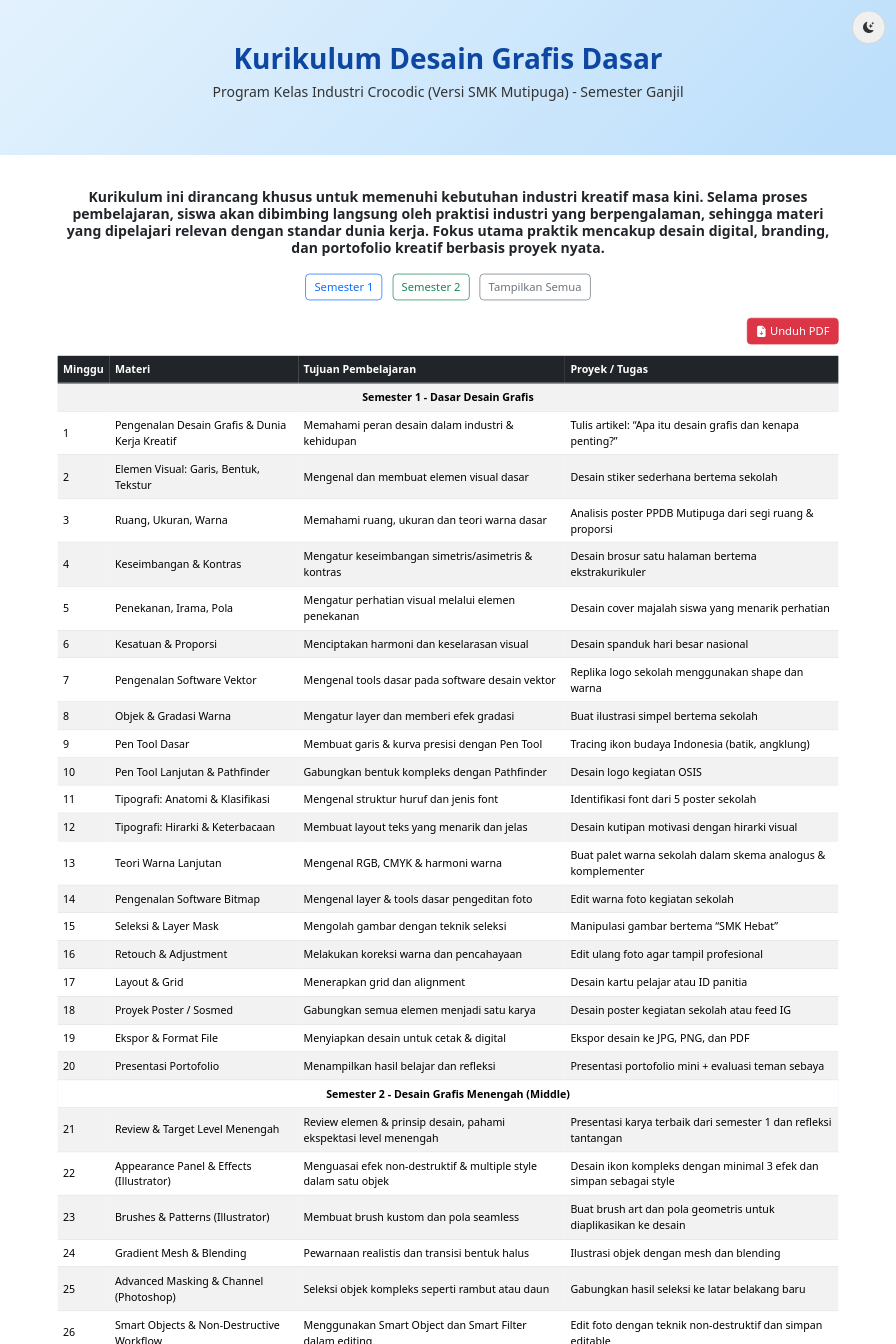
Repository: ppdbsmkmutipuga/kurikulumdesain
Page: index.html
The author's editor kept a copy of each file at every save. The page is drawn from the files as they stood at one save, then again after the next save.
The browser window is 1280 px wide. The pictures show the part of the page from y = 0 to 1920 px (the page is 2901 px tall), at 70% of full size.

Above is the page before, as saved 2025-07-01 05:14:58.

### index.html
<!DOCTYPE html>
<html lang="id">

<head>
    <meta charset="UTF-8" />
    <meta name="viewport" content="width=device-width, initial-scale=1.0" />
    <title>Kurikulum Desain Grafis - SMK Mutipuga</title>
    <link href="https://cdn.jsdelivr.net/npm/bootstrap@5.3.3/dist/css/bootstrap.min.css" rel="stylesheet" />
    <link href="https://cdnjs.cloudflare.com/ajax/libs/aos/2.3.4/aos.css" rel="stylesheet" />
    <link href="https://cdn.jsdelivr.net/npm/bootstrap-icons@1.10.5/font/bootstrap-icons.css" rel="stylesheet">
    <link rel="stylesheet" href="style.css">
    <script src="https://cdnjs.cloudflare.com/ajax/libs/html2pdf.js/0.10.1/html2pdf.bundle.min.js"></script>

</head>

<body>
    <button class="btn btn-outline-dark mode-toggle" onclick="toggleMode()">
        <i class="bi bi-moon-stars-fill"></i>
    </button>

    <!-- Hero Section -->
    <section class="hero" data-aos="fade-down">
        <div class="container">
            <h1>Kurikulum Desain Grafis Dasar</h1>
            <p class="lead">Program Kelas Industri Crocodic (Versi SMK Mutipuga) - Semester Ganjil</p>
        </div>
    </section>

    <!-- Table Section -->
    <section class="container my-5" data-aos="fade-up">
        <h5 class="section-title text-center fw-bold mb-3">
            Kurikulum ini dirancang khusus untuk memenuhi kebutuhan industri kreatif masa kini.
            Selama proses pembelajaran, siswa akan dibimbing langsung oleh praktisi industri yang berpengalaman,
            sehingga materi yang dipelajari relevan dengan standar dunia kerja.
            Fokus utama praktik mencakup desain digital, branding, dan portofolio kreatif berbasis proyek nyata.
        </h5>

        <div class="filter-buttons">
            <button class="btn btn-outline-primary" onclick="filterSemester(1)">Semester 1</button>
            <button class="btn btn-outline-success" onclick="filterSemester(2)">Semester 2</button>
            <button class="btn btn-outline-secondary" onclick="filterSemester(0)">Tampilkan Semua</button>
        </div>
        <div class="text-end my-3">
            <button class="btn btn-danger" onclick="downloadPDF()">
                <i class="bi bi-file-earmark-arrow-down-fill"></i> Unduh PDF
            </button>
        </div>

        <div id="pdf-content">
            <div class="table-container">
                <div class="table-responsive">
                    <table class="table table-striped table-hover align-middle mb-0" id="kurikulumTable">
                        <thead class="table-dark">
                            <tr>
                                <th scope="col">Minggu</th>
                                <th scope="col">Materi</th>
                                <th scope="col">Tujuan Pembelajaran</th>
                                <th scope="col">Proyek / Tugas</th>
                            </tr>
                        </thead>
                        <tbody>

                            <!-- Data rows akan di-load lewat JS -->
                        </tbody>
                    </table>
                </div>
            </div>
    </section>

    <!-- Footer -->
    <footer>
        &copy; 2025 SMK Muhammadiyah 3 Pucang Gading | Program Kelas Industri Crocodic
    </footer>

    <!-- Scripts -->
    <script src="https://cdn.jsdelivr.net/npm/bootstrap@5.3.3/dist/js/bootstrap.bundle.min.js"></script>
    <script src="https://cdnjs.cloudflare.com/ajax/libs/aos/2.3.4/aos.js"></script>
    <script src="script.js"></script>
</body>

</html>

### style.css
/* =========================
   HERO SECTION
========================= */
.hero {
  padding: 60px 0;
  background: linear-gradient(135deg, #e3f2fd, #bbdefb);
  text-align: center;
}

.hero h1 {
  font-weight: 700;
  font-size: 2.5rem;
  color: #0d47a1;
}

.hero p {
  font-size: 1.25rem;
  color: #333;
}

body.bg-dark .hero {
  background: linear-gradient(135deg, #1e1e1e, #2c2c2c);
}

body.bg-dark .hero h1 {
  color: #90caf9;
}

body.bg-dark .hero p {
  color: #cccccc;
}

/* =========================
   FILTER BUTTONS
========================= */
.filter-buttons {
  text-align: center;
  margin: 20px 0;
}

.filter-buttons .btn {
  margin: 5px;
}

body.bg-dark .btn-outline-primary {
  color: #90caf9;
  border-color: #90caf9;
}

body.bg-dark .btn-outline-success {
  color: #81c784;
  border-color: #81c784;
}

body.bg-dark .btn-outline-secondary {
  color: #b0bec5;
  border-color: #b0bec5;
}

/* =========================
   TABLE SECTION
========================= */
.table-container {
  overflow-x: auto;
}

.table th,
.table td {
  vertical-align: middle !important;
  font-size: 0.95rem;
}

/* Baris header semester (custom row) */
.table .table-header-row {
  background-color: #cce5ff;
  font-weight: 600;
  text-align: center;
}

body.bg-dark .table .table-header-row {
  background-color: #2c3e50;
  color: #ffffff !important;
}

/* DARK MODE TABLE FIX */
body.bg-dark .table,
body.bg-dark .table td,
body.bg-dark .table th {
  color: #f1f1f1 !important;
  background-color: transparent !important;
  opacity: 1 !important;
}

body.bg-dark .table-striped tbody tr:nth-of-type(odd) {
  background-color: #2c2c2c !important;
}

body.bg-dark .table-striped tbody tr:nth-of-type(even) {
  background-color: #1a1a1a !important;
}

body.bg-dark .table-hover tbody tr:hover {
  background-color: #3a3a3a !important;
}

body.bg-dark .table thead th {
  background-color: #111 !important;
  color: #fff !important;
  border-color: #444 !important;
}

body.bg-dark .table-primary {
  background-color: #455a64 !important;
  color: #fff !important;
}

/* =========================
   FOOTER
========================= */
footer {
  padding: 20px;
  text-align: center;
  background-color: #f1f1f1;
  margin-top: 50px;
  font-size: 0.9rem;
  color: #333;
}

body.bg-dark footer {
  background-color: #1e1e1e;
  color: #e0e0e0;
}

/* =========================
   MODE TOGGLE BUTTON
========================= */
.mode-toggle {
  position: fixed;
  top: 15px;
  right: 15px;
  z-index: 1000;
  border-radius: 50%;
  width: 48px;
  height: 48px;
  display: flex;
  align-items: center;
  justify-content: center;
  background-color: #f0f0f0;
  color: #333;
  border: 1px solid #ccc;
}

/* Header tabel semester */
.table-header-row {
  background-color: #cce5ff;
  /* mode terang */
  color: #0d47a1;
}

/* Ubah header semester agar lebih gelap dan teks lebih jelas di dark mode */
body.bg-dark .table-header-row {
  background-color: #37474f;
  /* warna gelap yang elegan */
  color: #ffffff;
}

body.bg-dark .mode-toggle {
  background-color: #333;
  color: #fff;
  border: 1px solid #666;
}

/* Footer default */
footer {
  padding: 20px;
  text-align: center;
  background-color: #f1f1f1;
  margin-top: 50px;
  font-size: 0.9rem;
  color: #333;
}

/* Footer saat dark mode */
body.bg-dark footer {
  background-color: #1e1e1e;
  color: #ccc;
}


/* =========================
   RESPONSIVE
========================= */
@media (max-width: 768px) {
  .hero h1 {
    font-size: 1.8rem;
  }

  .hero p {
    font-size: 1rem;
  }

  .table th,
  .table td {
    font-size: 0.85rem;
  }
}

@media (max-width: 576px) {
  .mode-toggle {
    width: 40px;
    height: 40px;
  }

  .hero {
    padding: 40px 0;
  }
}

@media print {
  body {
    background: #fff !important;
    color: #000 !important;
  }

  .mode-toggle,
  .filter-buttons,
  footer {
    display: none !important;
  }

  .table th,
  .table td {
    font-size: 0.75rem;
  }
}

@media print {

  html,
  body {
    width: 210mm;
    height: 297mm;
    margin: 0;
    padding: 0;
    overflow: hidden;
    zoom: 0.75;
    /* Sesuaikan skala agar muat ke PDF */
  }

  .table-container {
    overflow: visible !important;
  }

  .table-responsive {
    overflow: visible !important;
  }

  table {
    table-layout: fixed;
    width: 100% !important;
    word-wrap: break-word;
  }

  .table td,
  .table th {
    font-size: 10pt !important;
    padding: 6px 8px;
    white-space: normal !important;
  }

  .filter-buttons,
  .mode-toggle,
  footer {
    display: none !important;
  }
}

### script.js
// Inisialisasi animasi AOS
AOS.init();

// Data lengkap Week 1–40
const tableData = [
    { week: 'Semester 1 - Dasar Desain Grafis', isHeader: true, semester: 1 },
    { week: 1, materi: 'Pengenalan Desain Grafis & Dunia Kerja Kreatif', tujuan: 'Memahami peran desain dalam industri & kehidupan', tugas: 'Tulis artikel: “Apa itu desain grafis dan kenapa penting?”', semester: 1 },
    { week: 2, materi: 'Elemen Visual: Garis, Bentuk, Tekstur', tujuan: 'Mengenal dan membuat elemen visual dasar', tugas: 'Desain stiker sederhana bertema sekolah', semester: 1 },
    { week: 3, materi: 'Ruang, Ukuran, Warna', tujuan: 'Memahami ruang, ukuran dan teori warna dasar', tugas: 'Analisis poster PPDB Mutipuga dari segi ruang & proporsi', semester: 1 },
    { week: 4, materi: 'Keseimbangan & Kontras', tujuan: 'Mengatur keseimbangan simetris/asimetris & kontras', tugas: 'Desain brosur satu halaman bertema ekstrakurikuler', semester: 1 },
    { week: 5, materi: 'Penekanan, Irama, Pola', tujuan: 'Mengatur perhatian visual melalui elemen penekanan', tugas: 'Desain cover majalah siswa yang menarik perhatian', semester: 1 },
    { week: 6, materi: 'Kesatuan & Proporsi', tujuan: 'Menciptakan harmoni dan keselarasan visual', tugas: 'Desain spanduk hari besar nasional', semester: 1 },
    { week: 7, materi: 'Pengenalan Software Vektor', tujuan: 'Mengenal tools dasar pada software desain vektor', tugas: 'Replika logo sekolah menggunakan shape dan warna', semester: 1 },
    { week: 8, materi: 'Objek & Gradasi Warna', tujuan: 'Mengatur layer dan memberi efek gradasi', tugas: 'Buat ilustrasi simpel bertema sekolah', semester: 1 },
    { week: 9, materi: 'Pen Tool Dasar', tujuan: 'Membuat garis & kurva presisi dengan Pen Tool', tugas: 'Tracing ikon budaya Indonesia (batik, angklung)', semester: 1 },
    { week: 10, materi: 'Pen Tool Lanjutan & Pathfinder', tujuan: 'Gabungkan bentuk kompleks dengan Pathfinder', tugas: 'Desain logo kegiatan OSIS', semester: 1 },
    { week: 11, materi: 'Tipografi: Anatomi & Klasifikasi', tujuan: 'Mengenal struktur huruf dan jenis font', tugas: 'Identifikasi font dari 5 poster sekolah', semester: 1 },
    { week: 12, materi: 'Tipografi: Hirarki & Keterbacaan', tujuan: 'Membuat layout teks yang menarik dan jelas', tugas: 'Desain kutipan motivasi dengan hirarki visual', semester: 1 },
    { week: 13, materi: 'Teori Warna Lanjutan', tujuan: 'Mengenal RGB, CMYK & harmoni warna', tugas: 'Buat palet warna sekolah dalam skema analogus & komplementer', semester: 1 },
    { week: 14, materi: 'Pengenalan Software Bitmap', tujuan: 'Mengenal layer & tools dasar pengeditan foto', tugas: 'Edit warna foto kegiatan sekolah', semester: 1 },
    { week: 15, materi: 'Seleksi & Layer Mask', tujuan: 'Mengolah gambar dengan teknik seleksi', tugas: 'Manipulasi gambar bertema “SMK Hebat”', semester: 1 },
    { week: 16, materi: 'Retouch & Adjustment', tujuan: 'Melakukan koreksi warna dan pencahayaan', tugas: 'Edit ulang foto agar tampil profesional', semester: 1 },
    { week: 17, materi: 'Layout & Grid', tujuan: 'Menerapkan grid dan alignment', tugas: 'Desain kartu pelajar atau ID panitia', semester: 1 },
    { week: 18, materi: 'Proyek Poster / Sosmed', tujuan: 'Gabungkan semua elemen menjadi satu karya', tugas: 'Desain poster kegiatan sekolah atau feed IG', semester: 1 },
    { week: 19, materi: 'Ekspor & Format File', tujuan: 'Menyiapkan desain untuk cetak & digital', tugas: 'Ekspor desain ke JPG, PNG, dan PDF', semester: 1 },
    { week: 20, materi: 'Presentasi Portofolio', tujuan: 'Menampilkan hasil belajar dan refleksi', tugas: 'Presentasi portofolio mini + evaluasi teman sebaya', semester: 1 },
    { week: 'Semester 2 - Desain Grafis Menengah (Middle)', isHeader: true, semester: 2 },
    { week: 21, materi: 'Review & Target Level Menengah', tujuan: 'Review elemen & prinsip desain, pahami ekspektasi level menengah', tugas: 'Presentasi karya terbaik dari semester 1 dan refleksi tantangan', semester: 2 },
    { week: 22, materi: 'Appearance Panel & Effects (Illustrator)', tujuan: 'Menguasai efek non-destruktif & multiple style dalam satu objek', tugas: 'Desain ikon kompleks dengan minimal 3 efek dan simpan sebagai style', semester: 2 },
    { week: 23, materi: 'Brushes & Patterns (Illustrator)', tujuan: 'Membuat brush kustom dan pola seamless', tugas: 'Buat brush art dan pola geometris untuk diaplikasikan ke desain', semester: 2 },
    { week: 24, materi: 'Gradient Mesh & Blending', tujuan: 'Pewarnaan realistis dan transisi bentuk halus', tugas: 'Ilustrasi objek dengan mesh dan blending', semester: 2 },
    { week: 25, materi: 'Advanced Masking & Channel (Photoshop)', tujuan: 'Seleksi objek kompleks seperti rambut atau daun', tugas: 'Gabungkan hasil seleksi ke latar belakang baru', semester: 2 },
    { week: 26, materi: 'Smart Objects & Non-Destructive Workflow', tujuan: 'Menggunakan Smart Object dan Smart Filter dalam editing', tugas: 'Edit foto dengan teknik non-destruktif dan simpan editable', semester: 2 },
    { week: 27, materi: 'Compositing & Manipulasi Foto', tujuan: 'Gabungkan beberapa gambar menjadi satu komposisi yang harmonis', tugas: 'Buat karya bertema surealis/fantasi dengan minimal 3 gambar', semester: 2 },
    { week: 28, materi: 'Font Pairing & Hirarki Tipografi Lanjut', tujuan: 'Gunakan kombinasi font yang efektif dan hirarki teks yang kompleks', tugas: 'Desain halaman majalah atau web dengan 3 level teks dan font pairing', semester: 2 },
    { week: 29, materi: 'Typographic Grid & Readability', tujuan: 'Menggunakan grid dan memahami keterbacaan teks panjang', tugas: 'Rancang ulang artikel agar lebih rapi dan nyaman dibaca', semester: 2 },
    { week: 30, materi: 'Psikologi Warna & Palet Kustom', tujuan: 'Pahami pengaruh warna terhadap persepsi', tugas: 'Buat 2 palet warna untuk brand fiktif, berikan justifikasi', semester: 2 },
    { week: 31, materi: 'Logo & Identitas Visual Dasar', tujuan: 'Pahami jenis-jenis logo dan elemen visual', tugas: 'Analisis logo UKM lokal dan berikan saran pengembangan', semester: 2 },
    { week: 32, materi: 'Logo Variasi & Style Guide Dasar', tujuan: 'Desain versi logo berbeda dan panduan penggunaannya', tugas: 'Buat minimal 3 versi logo + 1 halaman style guide sederhana', semester: 2 },
    { week: 33, materi: 'InDesign: Master Pages', tujuan: 'Mengenal interface dan penggunaan master page', tugas: 'Desain dokumen 4 halaman dengan elemen tetap', semester: 2 },
    { week: 34, materi: 'InDesign: Styles & Text Flow', tujuan: 'Membuat paragraph styles dan mengatur aliran teks', tugas: 'Desain artikel dummy dengan text threading dan paragraph styles', semester: 2 },
    { week: 35, materi: 'UI/UX Design Principles', tujuan: 'Memahami prinsip dasar usability dan perbedaan UI/UX', tugas: 'Analisis aplikasi populer dan evaluasi prinsip usability-nya', semester: 2 },
    { week: 36, materi: 'Desain Elemen UI Dasar', tujuan: 'Desain tombol, form, dan komponen lain dengan berbagai state', tugas: 'Buat set UI: tombol, form, card dengan tampilan konsisten', semester: 2 },
    { week: 37, materi: 'Brief, Riset & Moodboard', tujuan: 'Menganalisis brief dan membuat visual moodboard', tugas: 'Buat moodboard untuk proyek branding fiktif', semester: 2 },
    { week: 38, materi: 'Proyek Integratif', tujuan: 'Menggabungkan semua skill dalam satu proyek besar', tugas: 'Lanjutkan proyek branding/brosur/UI berdasarkan brief', semester: 2 },
    { week: 39, materi: 'Print & Web Optimization', tujuan: 'Optimalkan file desain untuk cetak dan web', tugas: 'Ekspor proyek ke versi cetak (PDF) dan digital (JPG/PNG)', semester: 2 },
    { week: 40, materi: 'Portfolio Review & Karir', tujuan: 'Review proyek akhir dan diskusi karir desain', tugas: 'Presentasikan proyek akhir + 3–5 karya untuk portofolio mini', semester: 2 },
];

const tbody = document.querySelector('#kurikulumTable tbody');

function renderTable(filter) {
    tbody.innerHTML = '';
    let hasPrintedSemester1Header = false;
    let hasPrintedSemester2Header = false;
    tableData.forEach(row => {
        if (filter === 0 || row.semester === filter || row.isHeader) {
            if (row.isHeader) {
                if ((filter === 1 && row.semester === 1 && !hasPrintedSemester1Header) ||
                    (filter === 2 && row.semester === 2 && !hasPrintedSemester2Header) ||
                    filter === 0) {
                    const tr = document.createElement('tr');
                    tr.className = 'table-header-row text-center fw-bold';
                    const td = document.createElement('td');
                    td.setAttribute('colspan', 4);
                    td.textContent = row.week;
                    tr.appendChild(td);
                    tbody.appendChild(tr);
                    if (row.semester === 1) hasPrintedSemester1Header = true;
                    if (row.semester === 2) hasPrintedSemester2Header = true;
                }
            } else {
                if (filter === 0 || row.semester === filter) {
                    const tr = document.createElement('tr');
                    tr.innerHTML = `
            <td>${row.week}</td>
            <td>${row.materi}</td>
            <td>${row.tujuan}</td>
            <td>${row.tugas}</td>
          `;
                    tbody.appendChild(tr);
                }
            }
        }
    });
}

function filterSemester(semester) {
    renderTable(semester);
}

function toggleMode() {
    document.body.classList.toggle('bg-dark');
    document.body.classList.toggle('text-white');
}

renderTable(0);


function downloadPDF() {
    const element = document.getElementById("pdf-content");
    const opt = {
        margin: 0.2,
        filename: "kurikulum-desain-grafis.pdf",
        image: { type: "jpeg", quality: 0.98 },
        html2canvas: {
            scale: 3,        // Lebih tajam
            useCORS: true,   // Jika ada gambar
            allowTaint: true
        },
        jsPDF: {
            unit: "mm",
            format: "a4",
            orientation: "portrait"
        },
        pagebreak: { mode: ['avoid-all', 'css', 'legacy'] }
    };
    html2pdf().set(opt).from(element).save();
}

After the next save:
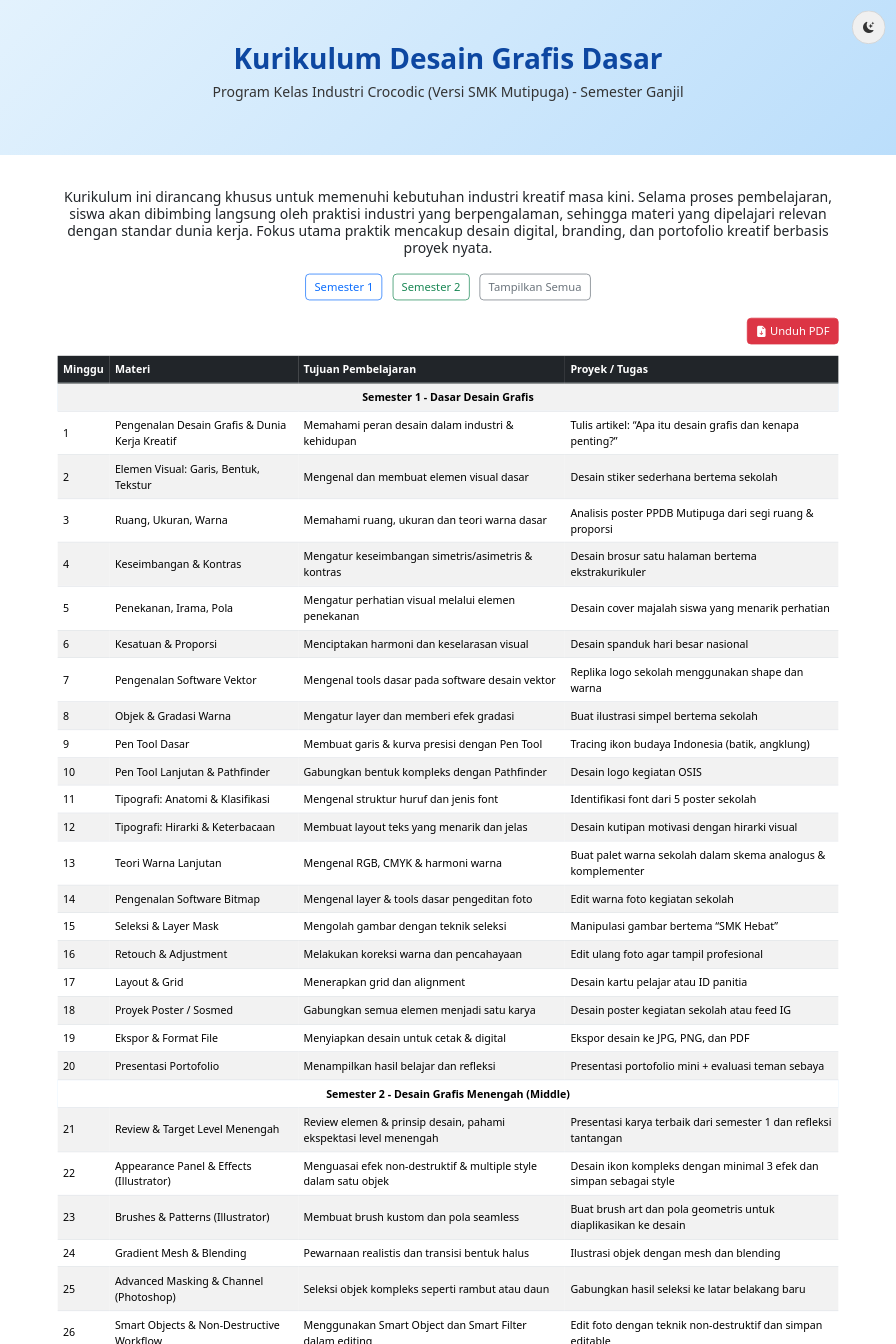
Saved 26 s later.
--- a/index.html
+++ b/index.html
@@ -28,7 +28,7 @@
 
     <!-- Table Section -->
     <section class="container my-5" data-aos="fade-up">
-        <h5 class="section-title text-center fw-bold mb-3">
+        <h5 class="section-title text-center">
             Kurikulum ini dirancang khusus untuk memenuhi kebutuhan industri kreatif masa kini.
             Selama proses pembelajaran, siswa akan dibimbing langsung oleh praktisi industri yang berpengalaman,
             sehingga materi yang dipelajari relevan dengan standar dunia kerja.
